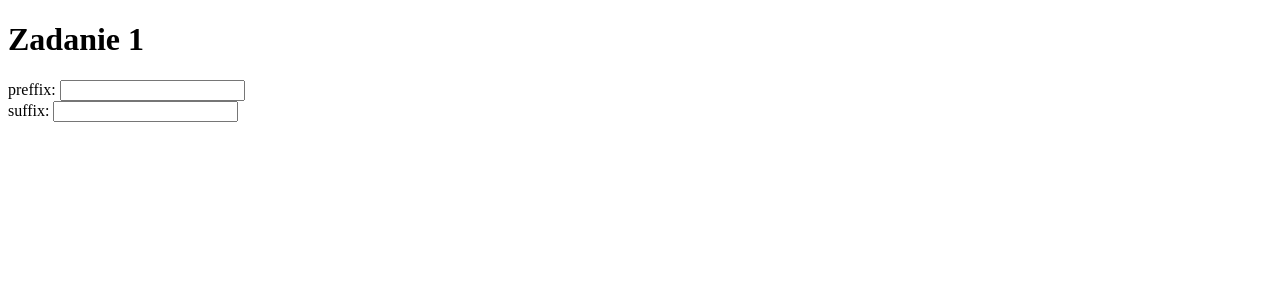
Repository: psemek/Tworzenie-uslug-sieciowych
Page: lab05/WebContent/WEB-INF/zad1.html
The author's editor kept a copy of each file at every save. The page is drawn from the files as they stood at one save, then again after the next save.
The browser window is 1280 px wide. The pictures show the whole page.

Above is the page before, as saved 2012-05-30 22:43:49.

### lab05/WebContent/WEB-INF/zad1.html
<!DOCTYPE html PUBLIC "-//W3C//DTD HTML 4.01 Transitional//EN" "http://www.w3.org/TR/html4/loose.dtd">
<html>
<head>
<meta http-equiv="Content-Type" content="text/html; charset=UTF-8">
<title>Zadanie 1</title>
</head>
<body>
<H1>Zadanie 1</H1>
<form action="http://localhost:8080/lab05/zad1" METHOD="post">
preffix: <input TYPE="text" NAME="param1"><BR>
suffix: <input TYPE="text" NAME="param2"><BR>
</form>
</body>
</html>

After the next save:
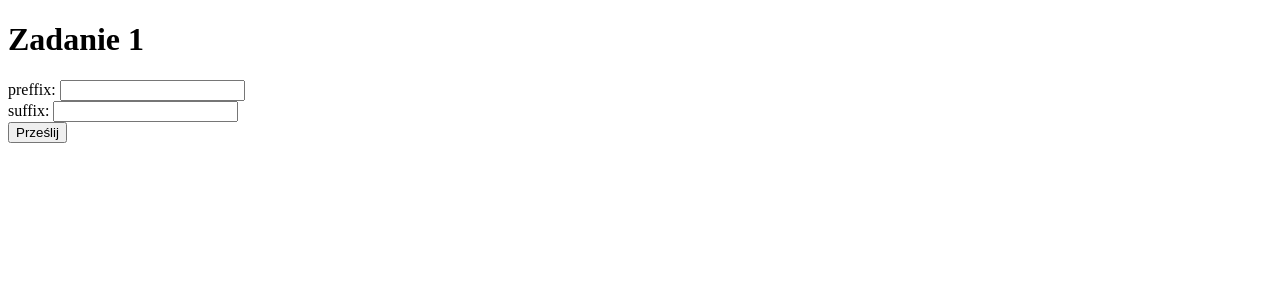
Saved 72 s later.
--- a/lab05/WebContent/WEB-INF/zad1.html
+++ b/lab05/WebContent/WEB-INF/zad1.html
@@ -9,6 +9,7 @@
 <form action="http://localhost:8080/lab05/zad1" METHOD="post">
 preffix: <input TYPE="text" NAME="param1"><BR>
 suffix: <input TYPE="text" NAME="param2"><BR>
+<input TYPE="submit" NAME="Przycisk" VALUE="Prześlij">
 </form>
 </body>
 </html>
